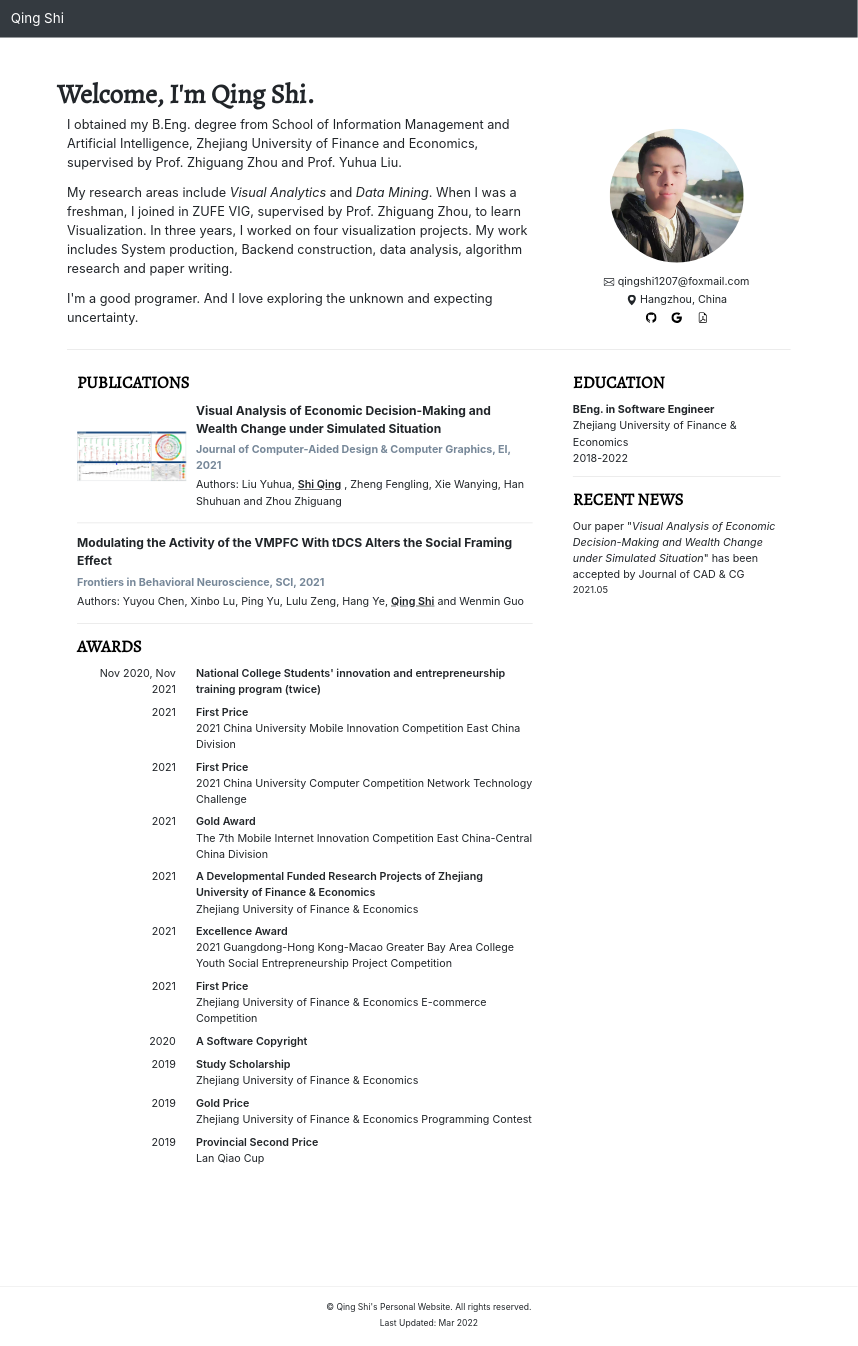
Repository: sqsssq/webpage
Page: index.html
The author's editor kept a copy of each file at every save. The page is drawn from the files as they stood at one save, then again after the next save.
The browser window is 1280 px wide. The pictures show the whole page, at 67% of full size.
Some web libraries are served in a nearby version.

Above is the page before, as saved 2022-03-28 16:43:28.

### index.html
<!--
 * @Author: Qing Shi
 * @LastEditTime: 2022-03-28 16:42:41
 * @Knowledge:
 * @Description: my homepage
 * @Attention:
-->
<!doctype html>
<html lang="zh-CN">

<head>
    <!-- 必须的 meta 标签 -->
    <meta charset="utf-8">
    <meta name="viewport" content="width=device-width, initial-scale=1, shrink-to-fit=no">
    <title>Qing Shi</title>

    <!-- 新 Bootstrap4 核心 CSS 文件 -->
    <link rel="stylesheet" href="https://cdn.staticfile.org/twitter-bootstrap/4.3.1/css/bootstrap.min.css">

    <!-- jQuery文件。务必在bootstrap.min.js 之前引入 -->
    <script src="https://cdn.staticfile.org/jquery/3.2.1/jquery.min.js"></script>

    <!-- bootstrap.bundle.min.js 用于弹窗、提示、下拉菜单，包含了 popper.min.js -->
    <script src="https://cdn.staticfile.org/popper.js/1.15.0/umd/popper.min.js"></script>

    <!-- 最新的 Bootstrap4 核心 JavaScript 文件 -->
    <script src="https://cdn.staticfile.org/twitter-bootstrap/4.3.1/js/bootstrap.min.js"></script>

    <link rel="stylesheet" href="css/index.css">
    <link rel="shortcut icon" href="icon/bitbug_favicon.ico" />
</head>

<body>

    <nav class="navbar  navbar-dark bg-dark">
        <a class="navbar-brand" href="#">
            Qing Shi
        </a>

        <!-- <button type="button" class="btn btn-outline-primary">中/EN</button> -->
    </nav>

    <div class="container framework">
        <!-- Image and text -->
        <div class="webHeader row">
            <h1 id="ToptitleFont">Welcome, I'm Qing Shi.</h1>
            <!-- <br> -->
            <!-- <hr> -->
            <div class="webIntroduction col-lg-8">
                <p class="intro">I obtained my B.Eng. degree from School of Information Management and Artificial
                    Intelligence, Zhejiang University of Finance and Economics, supervised by Prof. Zhiguang Zhou and
                    Prof. Yuhua Liu.</p>
                <p class="intro">My research areas include <span style="font-style: italic">Visual Analytics</span> and
                    <span style="font-style: italic">Data Mining</span>. When I was a freshman, I joined in ZUFE VIG,
                    supervised by Prof. Zhiguang Zhou, to learn Visualization. In three years, I worked on four
                    visualization projects. My work includes System production, Backend construction, data analysis,
                    algorithm research and paper writing.</p>
                <p class="intro">I'm a good programer. And I love exploring the unknown and expecting uncertainty.</p>
            </div>

            <div class="webPhoto col-lg-4">
                <img src="figure/sq3.jpg">
                <div class="info">
                    <!-- <svg class="svg-inline--fa fa-envelope-square fa-w-14 fa-fw fa-lg mr-2" aria-hidden="true" focusable="false" data-prefix="fas" data-icon="envelope-square" role="img" xmlns="http://www.w3.org/2000/svg" viewBox="0 0 448 512" data-fa-i2svg=""><path fill="currentColor" d="M400 32H48C21.49 32 0 53.49 0 80v352c0 26.51 21.49 48 48 48h352c26.51 0 48-21.49 48-48V80c0-26.51-21.49-48-48-48zM178.117 262.104C87.429 196.287 88.353 196.121 64 177.167V152c0-13.255 10.745-24 24-24h272c13.255 0 24 10.745 24 24v25.167c-24.371 18.969-23.434 19.124-114.117 84.938-10.5 7.655-31.392 26.12-45.883 25.894-14.503.218-35.367-18.227-45.883-25.895zM384 217.775V360c0 13.255-10.745 24-24 24H88c-13.255 0-24-10.745-24-24V217.775c13.958 10.794 33.329 25.236 95.303 70.214 14.162 10.341 37.975 32.145 64.694 32.01 26.887.134 51.037-22.041 64.72-32.025 61.958-44.965 81.325-59.406 95.283-70.199z"></path></svg> -->
                    <svg xmlns="http://www.w3.org/2000/svg" width="16" height="16" fill="currentColor"
                        class="bi bi-envelope" viewBox="0 0 16 16">
                        <path
                            d="M0 4a2 2 0 0 1 2-2h12a2 2 0 0 1 2 2v8a2 2 0 0 1-2 2H2a2 2 0 0 1-2-2V4Zm2-1a1 1 0 0 0-1 1v.217l7 4.2 7-4.2V4a1 1 0 0 0-1-1H2Zm13 2.383-4.708 2.825L15 11.105V5.383Zm-.034 6.876-5.64-3.471L8 9.583l-1.326-.795-5.64 3.47A1 1 0 0 0 2 13h12a1 1 0 0 0 .966-.741ZM1 11.105l4.708-2.897L1 5.383v5.722Z" />
                    </svg>
                    qingshi1207@foxmail.com
                    <br>
                    <svg xmlns="http://www.w3.org/2000/svg" width="16" height="16" fill="currentColor"
                        class="bi bi-geo-alt-fill" viewBox="0 0 16 16">
                        <path
                            d="M8 16s6-5.686 6-10A6 6 0 0 0 2 6c0 4.314 6 10 6 10zm0-7a3 3 0 1 1 0-6 3 3 0 0 1 0 6z" />
                    </svg>
                    Hangzhou, China
                    <br>
                    <a href="https://github.com/sqsssq">
                        <svg xmlns="http://www.w3.org/2000/svg" width="16" height="16" fill="black" class="bi bi-github"
                            viewBox="0 0 16 16">
                            <path
                                d="M8 0C3.58 0 0 3.58 0 8c0 3.54 2.29 6.53 5.47 7.59.4.07.55-.17.55-.38 0-.19-.01-.82-.01-1.49-2.01.37-2.53-.49-2.69-.94-.09-.23-.48-.94-.82-1.13-.28-.15-.68-.52-.01-.53.63-.01 1.08.58 1.23.82.72 1.21 1.87.87 2.33.66.07-.52.28-.87.51-1.07-1.78-.2-3.64-.89-3.64-3.95 0-.87.31-1.59.82-2.15-.08-.2-.36-1.02.08-2.12 0 0 .67-.21 2.2.82.64-.18 1.32-.27 2-.27.68 0 1.36.09 2 .27 1.53-1.04 2.2-.82 2.2-.82.44 1.1.16 1.92.08 2.12.51.56.82 1.27.82 2.15 0 3.07-1.87 3.75-3.65 3.95.29.25.54.73.54 1.48 0 1.07-.01 1.93-.01 2.2 0 .21.15.46.55.38A8.012 8.012 0 0 0 16 8c0-4.42-3.58-8-8-8z" />
                        </svg>
                    </a>
                    &nbsp;&nbsp;&nbsp;
                    <a href="">
                        <svg xmlns="http://www.w3.org/2000/svg" width="16" height="16" fill="black" class="bi bi-google"
                            viewBox="0 0 16 16">
                            <path
                                d="M15.545 6.558a9.42 9.42 0 0 1 .139 1.626c0 2.434-.87 4.492-2.384 5.885h.002C11.978 15.292 10.158 16 8 16A8 8 0 1 1 8 0a7.689 7.689 0 0 1 5.352 2.082l-2.284 2.284A4.347 4.347 0 0 0 8 3.166c-2.087 0-3.86 1.408-4.492 3.304a4.792 4.792 0 0 0 0 3.063h.003c.635 1.893 2.405 3.301 4.492 3.301 1.078 0 2.004-.276 2.722-.764h-.003a3.702 3.702 0 0 0 1.599-2.431H8v-3.08h7.545z" />
                        </svg>
                    </a>
                    &nbsp;&nbsp;&nbsp;
                    <a href="file/resume.pdf">
                        <svg xmlns="http://www.w3.org/2000/svg" width="16" height="16" fill="black"
                            class="bi bi-file-earmark-pdf" viewBox="0 0 16 16">
                            <path
                                d="M14 14V4.5L9.5 0H4a2 2 0 0 0-2 2v12a2 2 0 0 0 2 2h8a2 2 0 0 0 2-2zM9.5 3A1.5 1.5 0 0 0 11 4.5h2V14a1 1 0 0 1-1 1H4a1 1 0 0 1-1-1V2a1 1 0 0 1 1-1h5.5v2z" />
                            <path
                                d="M4.603 14.087a.81.81 0 0 1-.438-.42c-.195-.388-.13-.776.08-1.102.198-.307.526-.568.897-.787a7.68 7.68 0 0 1 1.482-.645 19.697 19.697 0 0 0 1.062-2.227 7.269 7.269 0 0 1-.43-1.295c-.086-.4-.119-.796-.046-1.136.075-.354.274-.672.65-.823.192-.077.4-.12.602-.077a.7.7 0 0 1 .477.365c.088.164.12.356.127.538.007.188-.012.396-.047.614-.084.51-.27 1.134-.52 1.794a10.954 10.954 0 0 0 .98 1.686 5.753 5.753 0 0 1 1.334.05c.364.066.734.195.96.465.12.144.193.32.2.518.007.192-.047.382-.138.563a1.04 1.04 0 0 1-.354.416.856.856 0 0 1-.51.138c-.331-.014-.654-.196-.933-.417a5.712 5.712 0 0 1-.911-.95 11.651 11.651 0 0 0-1.997.406 11.307 11.307 0 0 1-1.02 1.51c-.292.35-.609.656-.927.787a.793.793 0 0 1-.58.029zm1.379-1.901c-.166.076-.32.156-.459.238-.328.194-.541.383-.647.547-.094.145-.096.25-.04.361.01.022.02.036.026.044a.266.266 0 0 0 .035-.012c.137-.056.355-.235.635-.572a8.18 8.18 0 0 0 .45-.606zm1.64-1.33a12.71 12.71 0 0 1 1.01-.193 11.744 11.744 0 0 1-.51-.858 20.801 20.801 0 0 1-.5 1.05zm2.446.45c.15.163.296.3.435.41.24.19.407.253.498.256a.107.107 0 0 0 .07-.015.307.307 0 0 0 .094-.125.436.436 0 0 0 .059-.2.095.095 0 0 0-.026-.063c-.052-.062-.2-.152-.518-.209a3.876 3.876 0 0 0-.612-.053zM8.078 7.8a6.7 6.7 0 0 0 .2-.828c.031-.188.043-.343.038-.465a.613.613 0 0 0-.032-.198.517.517 0 0 0-.145.04c-.087.035-.158.106-.196.283-.04.192-.03.469.046.822.024.111.054.227.09.346z" />
                        </svg>
                    </a>
                </div>
            </div>
        </div>
        <hr>
        <div class="webMain row">
            <div class="col-lg-8" style="padding-left: 30px; padding-right: 30px;">
                <div id="webPublication">
                    <h3 id="titleFont">
                        PUBLICATIONS
                    </h3>
                    <div class="totalPublic">
                        <div class="public row">
                            <div class="col-lg-3 sys">
                                <img src="figure/fig1.jpg" alt="">
                            </div>
                            <div class="col-lg-9">
                                <p class="ptitle">
                                    Visual Analysis of Economic Decision-Making and Wealth Change under Simulated
                                    Situation
                                </p>

                                <p class="pub">
                                    <span class="full">Journal of Computer-Aided Design & Computer Graphics, EI,
                                        2021</span>
                                </p>
                                <p class="pauthor">
                                    <span class="author">Authors:&nbsp;Liu Yuhua,</span>
                                    <span class="me">Shi Qing</span>
                                    <span class="author">, Zheng Fengling, Xie Wanying, Han Shuhuan and Zhou
                                        Zhiguang</span>
                                </p>
                            </div>
                        </div>
                        <hr>
                        <div class="public row">
                            <div class="col"></div>
                            <div class="col-12">
                                <p class="ptitle">
                                    Modulating the Activity of the VMPFC With tDCS Alters the Social Framing
                                    Effect
                                </p>

                                <p class="pub">
                                    <span class="full">Frontiers in Behavioral Neuroscience, SCI, 2021</span>
                                </p>
                                <p class="pauthor">
                                    <span class="author">Authors:&nbsp;Yuyou Chen, Xinbo Lu, Ping Yu, Lulu Zeng,
                                        Hang Ye,</span>
                                    <span class="me">Qing Shi</span>
                                    <span class="author"> and Wenmin Guo</span>
                                </p>
                            </div>
                        </div>
                    </div>
                </div>
                <hr>
                <div id="webAward">
                    <h3 id="titleFont">
                        AWARDS
                    </h3>
                    <div class="totalAward">
                        <div class="awardInfox row">
                            <div class="awardTime col-lg-3">
                                Nov 2020, Nov 2021
                            </div>
                            <div class="awardInfo col-lg-9">
                                <div class="awardName">
                                    National College Students' innovation and entrepreneurship training program (twice)
                                </div>
                                <!-- <div class="awardPlace">
                                    2021 China University Mobile Innovation Competition East China Division
                                </div> -->
                            </div>
                        </div>
                        <div class="awardInfox row">
                            <div class="awardTime col-lg-3">
                                2021
                            </div>
                            <div class="awardInfo col-lg-9">
                                <div class="awardName">
                                    First Price
                                </div>
                                <div class="awardPlace">
                                    2021 China University Mobile Innovation Competition East China Division
                                </div>
                            </div>
                        </div>
                        <div class="awardInfox row">
                            <div class="awardTime col-lg-3">
                                2021
                            </div>
                            <div class="awardInfo col-lg-9">
                                <div class="awardName">
                                    First Price
                                </div>
                                <div class="awardPlace">
                                    2021 China University Computer Competition Network Technology Challenge
                                </div>
                            </div>
                        </div>
                        <div class="awardInfox row">
                            <div class="awardTime col-lg-3">
                                2021
                            </div>
                            <div class="awardInfo col-lg-9">
                                <div class="awardName">
                                    Gold Award
                                </div>
                                <div class="awardPlace">
                                    The 7th Mobile Internet Innovation Competition East China-Central China Division
                                </div>
                            </div>
                        </div>
                        <div class="awardInfox row">
                            <div class="awardTime col-lg-3">
                                2021
                            </div>
                            <div class="awardInfo col-lg-9">
                                <div class="awardName">
                                    A Developmental Funded Research Projects of Zhejiang University of Finance &
                                    Economics
                                </div>
                                <div class="awardPlace">
                                    Zhejiang University of Finance & Economics
                                </div>
                            </div>
                        </div>
                        <div class="awardInfox row">
                            <div class="awardTime col-lg-3">
                                2021
                            </div>
                            <div class="awardInfo col-lg-9">
                                <div class="awardName">
                                    Excellence Award
                                </div>
                                <div class="awardPlace">
                                    2021 Guangdong-Hong Kong-Macao Greater Bay Area College Youth Social
                                    Entrepreneurship
                                    Project Competition
                                </div>
                            </div>
                        </div>
                        <div class="awardInfox row">
                            <div class="awardTime col-lg-3">
                                2021
                            </div>
                            <div class="awardInfo col-lg-9">
                                <div class="awardName">
                                    First Price
                                </div>
                                <div class="awardPlace">
                                    Zhejiang University of Finance & Economics E-commerce Competition
                                </div>
                            </div>
                        </div>
                        <div class="awardInfox row">
                            <div class="awardTime col-lg-3">
                                2020
                            </div>
                            <div class="awardInfo col-lg-9">
                                <div class="awardName">
                                    A Software Copyright
                                    <!-- </div>
                                <div class="awardPlace">
                                LAN QIAO CUP -->
                                </div>
                            </div>
                        </div>
                        <div class="awardInfox row">
                            <div class="awardTime col-lg-3">
                                2019
                            </div>
                            <div class="awardInfo col-lg-9">
                                <div class="awardName">
                                    Study Scholarship
                                </div>
                                <div class="awardPlace">
                                    Zhejiang University of Finance & Economics
                                </div>
                            </div>
                        </div>
                        <div class="awardInfox row">
                            <div class="awardTime col-lg-3">
                                2019
                            </div>
                            <div class="awardInfo col-lg-9">
                                <div class="awardName">
                                    Gold Price
                                </div>
                                <div class="awardPlace">
                                    Zhejiang University of Finance & Economics Programming Contest
                                </div>
                            </div>
                        </div>
                        <div class="awardInfox row">
                            <div class="awardTime col-lg-3">
                                2019
                            </div>
                            <div class="awardInfo col-lg-9">
                                <div class="awardName">
                                    Provincial Second Price
                                </div>
                                <div class="awardPlace">
                                    Lan Qiao Cup
                                </div>
                            </div>
                        </div>
                    </div>
                </div>
            </div>
            <div class="col-lg-4" style="padding-right: 30px;padding-left: 30px;">
                <div id="webEducation">
                    <h3 id="titleFont">
                        <!-- ::before -->
                        EDUCATION
                    </h3>
                    <a style="font-weight: bold;">BEng. in Software Engineer</a>
                    <br>
                    Zhejiang University of Finance & Economics
                    <br>
                    2018-2022
                </div>
                <hr>
                <div id="webNews">
                    <h3 id="titleFont">RECENT NEWS</h3>
                    <div class="totalNews">
                        <div class="newsInfo">
                            Our paper "<span style="font-style: italic">Visual Analysis of Economic Decision-Making and
                                Wealth Change under Simulated Situation</span>" has been accepted by Journal of CAD & CG
                        </div>
                        <div class="newsTime">
                            2021.05
                        </div>
                    </div>
                </div>
            </div>
        </div>
    </div>
    <footer class="footer text-center py-4">
        <hr>
        <small class="copyright">© Qing Shi's Personal Website. All rights reserved.</small>
        <br>
        <small class="copyright">Last Updated: Mar 2022</small>
    </footer>
</body>

</html>

Loaded but not shown: css/index.css (206 lines, source omitted)

After the next save:
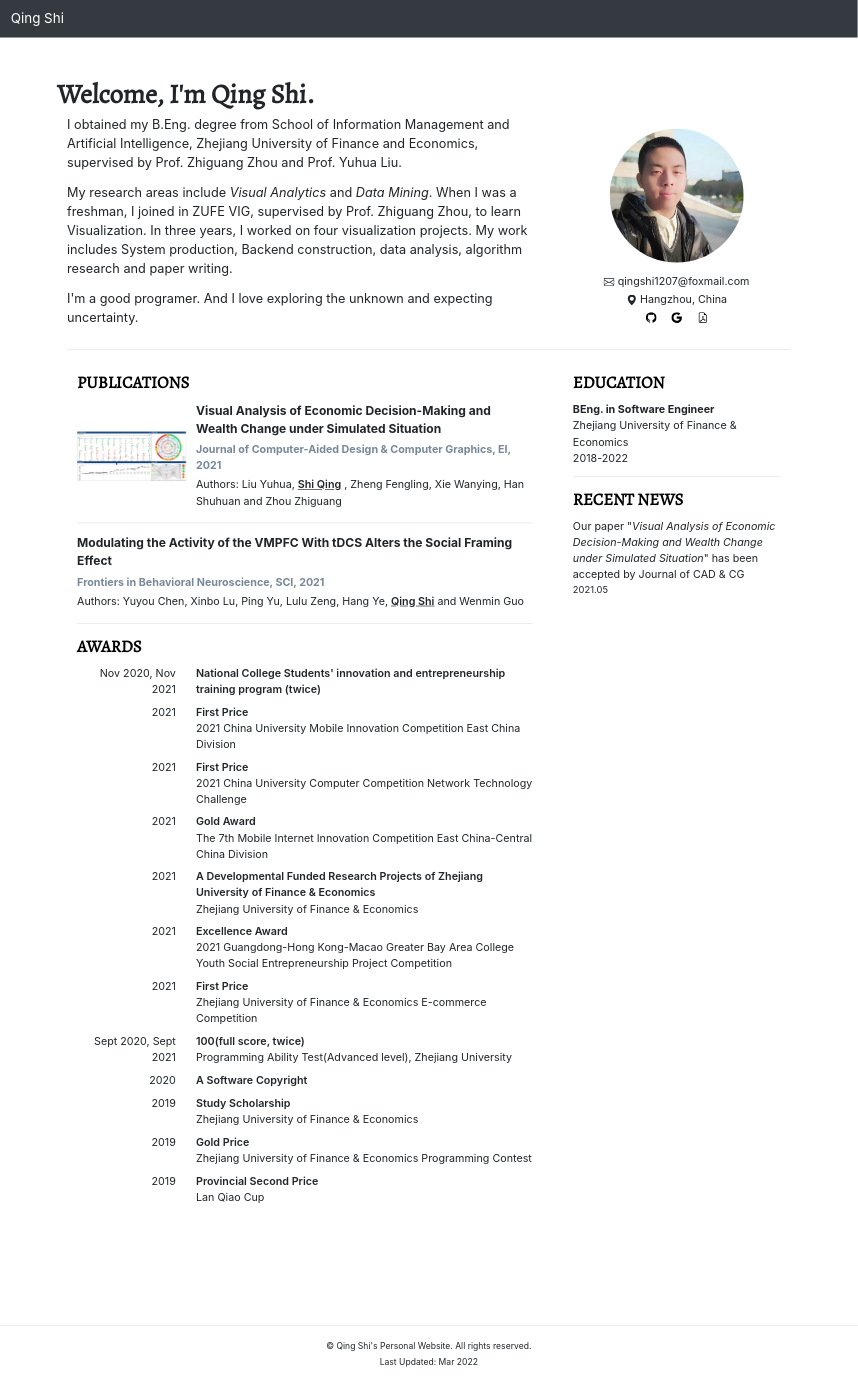
Saved 3 min 28 s later.
--- a/index.html
+++ b/index.html
@@ -1,6 +1,6 @@
 <!--
  * @Author: Qing Shi
- * @LastEditTime: 2022-03-28 16:42:41
+ * @LastEditTime: 2022-03-28 16:46:54
  * @Knowledge:
  * @Description: my homepage
  * @Attention:
@@ -258,6 +258,19 @@
                         </div>
                         <div class="awardInfox row">
                             <div class="awardTime col-lg-3">
+                                Sept 2020, Sept 2021
+                            </div>
+                            <div class="awardInfo col-lg-9">
+                                <div class="awardName">
+                                    100(full score, twice)
+                                </div>
+                                <div class="awardPlace">
+                                    Programming Ability Test(Advanced level), Zhejiang University
+                                </div>
+                            </div>
+                        </div>
+                        <div class="awardInfox row">
+                            <div class="awardTime col-lg-3">
                                 2020
                             </div>
                             <div class="awardInfo col-lg-9">
